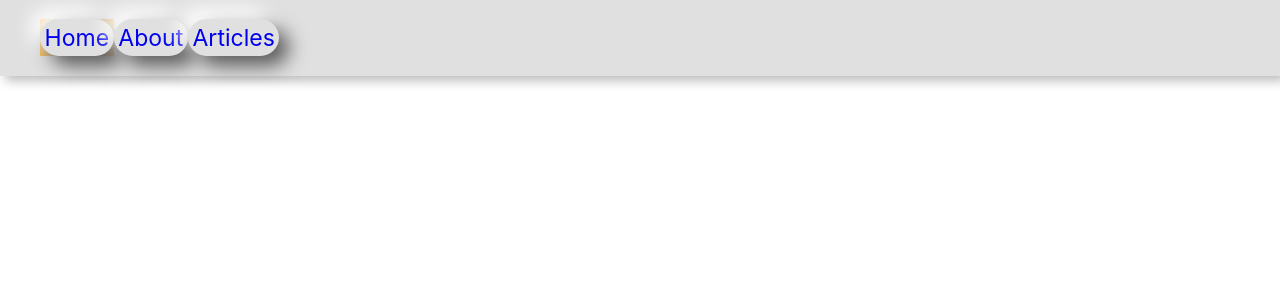
Repository: ShindanoSingi/react-software-architecture-course
Page: /
These files come from the project's save history. The page is drawn as it stood at one moment and after the next save; the edit follows.
The browser window is 1280 px wide. The pictures show the whole page.
The project was rebuilt for these pictures with package versions that can differ from the ones it lists, and the page was loaded fresh each time. Also part of the build but not shown: src/pages/About.js, src/pages/Articles.js.

Above is the page before, as saved 2022-12-25 20:29:36.

After the next save:
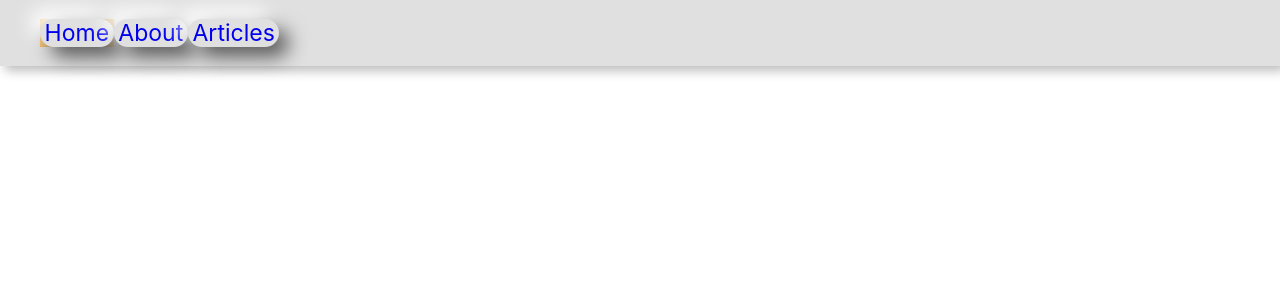
Saved 21 s later.
--- a/src/App.css
+++ b/src/App.css
@@ -11,7 +11,7 @@ h1 {
     background: #e0e0e0;
     box-shadow: 10px 10px 19px #5a5a5a,
         -10px -10px 19px #ffffff;
-        padding: 0.2em;
+        padding: 0 0.2em;
 }
 
 
